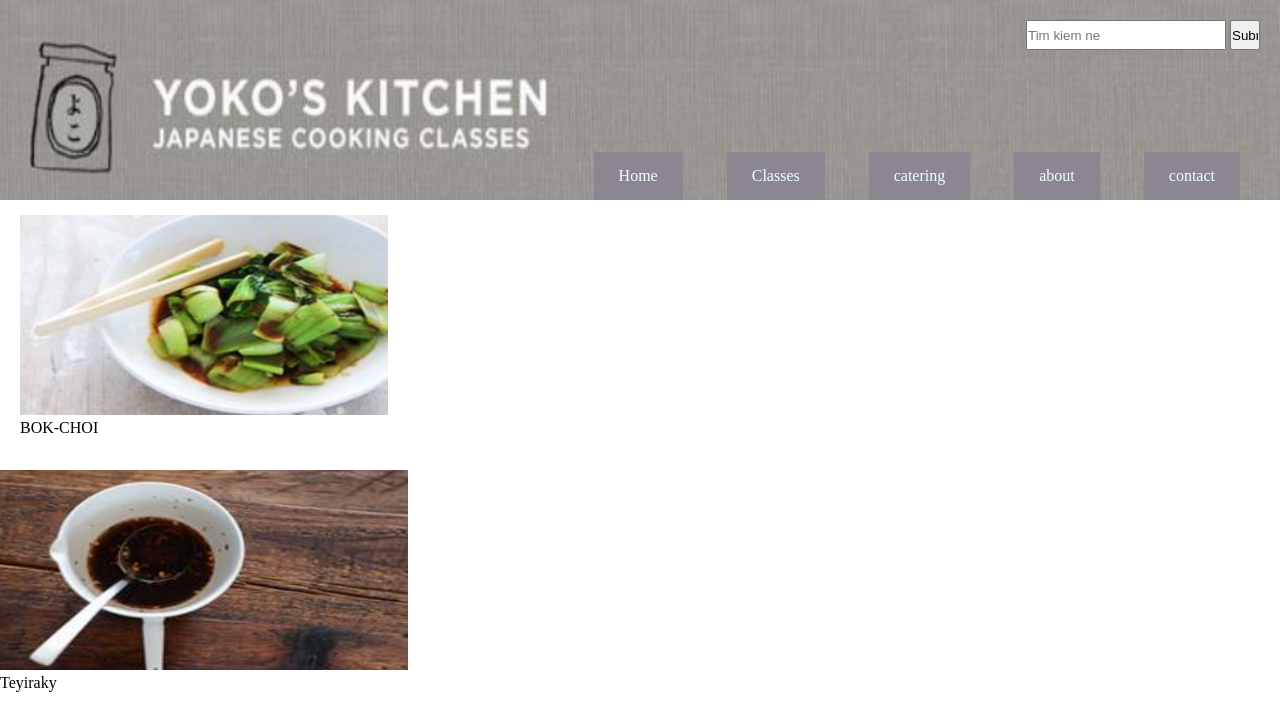
Repository: huy352002/20012931-Tr-n-Quang-Huy
Page: bt2.html
An editor plug-in stored every save of this project. The page is shown before and after the next save, followed by the edit.
The browser window is 1280 px wide. The pictures show the whole page.

Above is the page before, as saved 2022-09-30 10:08:45.

After the next save:
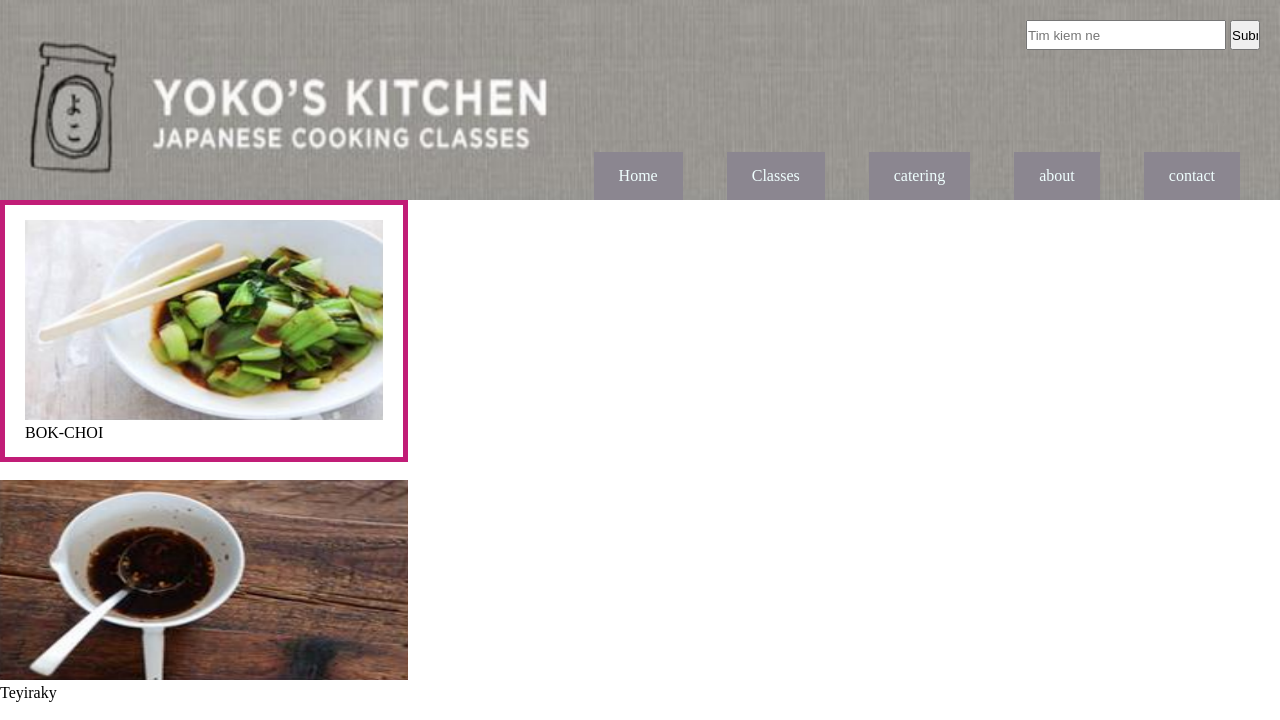
Saved 7 s later.
--- a/bt2.css
+++ b/bt2.css
@@ -78,7 +78,7 @@
 }
 
 .img_boder {
-    border: 5 px solid rgb(193, 29, 119);
+    border: 5px solid rgb(193, 29, 119);
     padding: 15px 20px;
 }
 
